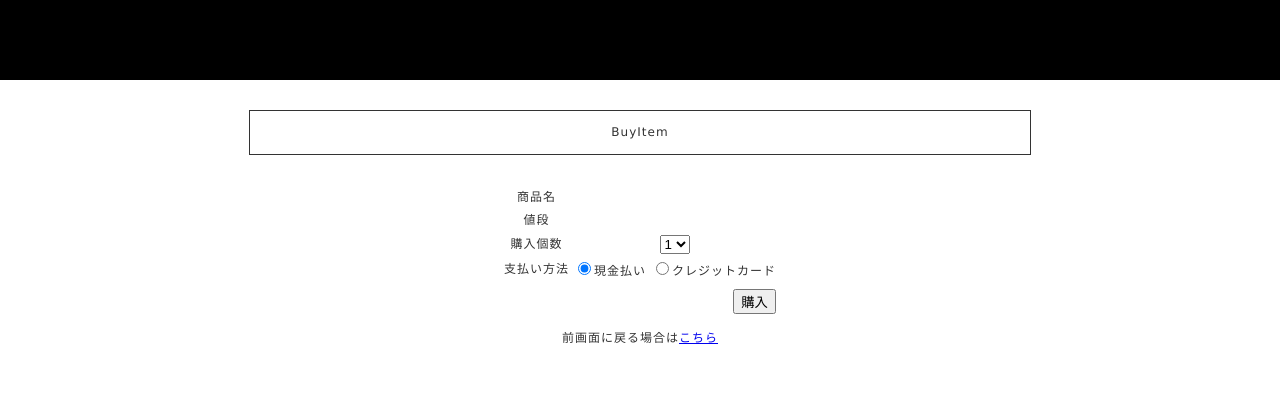
Repository: hiranatsu/ECtest
Page: http://localhost/ecsite/buyItem.jsp
An editor plug-in stored every save of this project. The page is shown before and after the next save, followed by the edit.
The browser window is 1280 px wide. The pictures show the whole page.
The page is served by Tomcat 9. Other server files are loaded and not shown.

Above is the page before, as saved 2018-09-07 04:34:45.

### ecsite/WebContent/buyItem.jsp
<%@ page language="java" contentType="text/html; charset=UTF-8"
    pageEncoding="UTF-8"%>
<%@ taglib prefix="s" uri="/struts-tags" %>
<!DOCTYPE html>
<html>
<head>

	<meta http-equiv="Content-Type" content="text/html; charset=UTF-8"/>
	<meta http-equiv="Content-Style-Type" content="text/css"/>
	<meta http-equiv="Content-Script-Type" content="text/javascript"/>
	<meta http-equiv="itemtoolbar" content="no"/>
	<meta name="description" content=""/>
	<meta name="keywords" content=""/>
	<title>BuyItem画面</title>

	<style type="text/css">
	/*==========TAG LAYOUT==========*/
	body {
	margin:0;
	padding:0;
	line-height:1.6;
	letter-spacing:1px;
	font-family:Verdana, Helvetica, sans-serif;
	font-size:12px;
	color:#333;
	background:#fff;
	}

	table {
	text-align:center;
	margin:0 auto;
	}

	/*==========ID LAYOUT==========*/
	#top {
	width:780px;
	margin:30px auto;
	border:1px solid #333;
	}

	#header {
	width:100%;
	height:80px;
	background-color:black;
	}

	#main {
	width:100%;
	height:500px;
	text-align:center;
	}

	#footer {
	width:100%;
	height:80px;
	background-color:black;
	clear:both;
	}
	</style>

</head>
<body>
	<div id="header">
		<div id="pr">
		</div>
	</div>
	<div id="main">
		<div id="top">
			<p>BuyItem</p>
		</div>
		<div>
			<s:form action="BuyItemAction">
			<table>
				<tr>
					<td><span>商品名</span></td>
					<td>
						<s:property value="session.buyItem_name"/>
					</td>
				</tr>
				<tr>
					<td><span>値段</span></td>
					<td>
						<s:property value="session.buyItem_price"/>
					</td>
				</tr>
				<tr>
					<td><span>購入個数</span></td>
					<td>
						<select name="count">
							<option value="1" selected="selected">1</option>
							<option value="2">2</option>
							<option value="3">3</option>
							<option value="4">4</option>
							<option value="5">5</option>
						</select>
					</td>
				</tr>
				<tr>
					<td><span>支払い方法</span></td>
					<td>
						<input type="radio" name="pay" value="1" checked="checked">現金払い
						<input type="radio" name="pay" value="2">クレジットカード
					</td>
				</tr>
				<tr>
					<td>
						<s:submit value="購入"/>
					</td>
				</tr>
			</table>
		</s:form>
			<div>
				<p>前画面に戻る場合は<a href='<s:url action="GoHomeAction"/>'>こちら</a></p>
			</div>
		</div>
	</div>

</body>
</html>

After the next save:
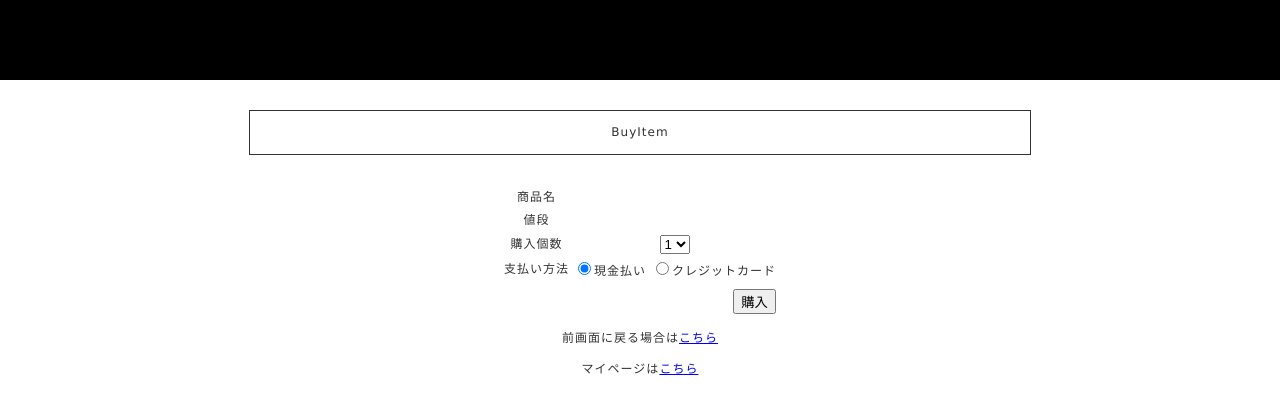
Saved 54 s later.
--- a/ecsite/WebContent/buyItem.jsp
+++ b/ecsite/WebContent/buyItem.jsp
@@ -111,6 +111,7 @@
 		</s:form>
 			<div>
 				<p>前画面に戻る場合は<a href='<s:url action="GoHomeAction"/>'>こちら</a></p>
+				<p>マイページは<a href='<s:url action="MyPageAction"/>'>こちら</a></p>
 			</div>
 		</div>
 	</div>
